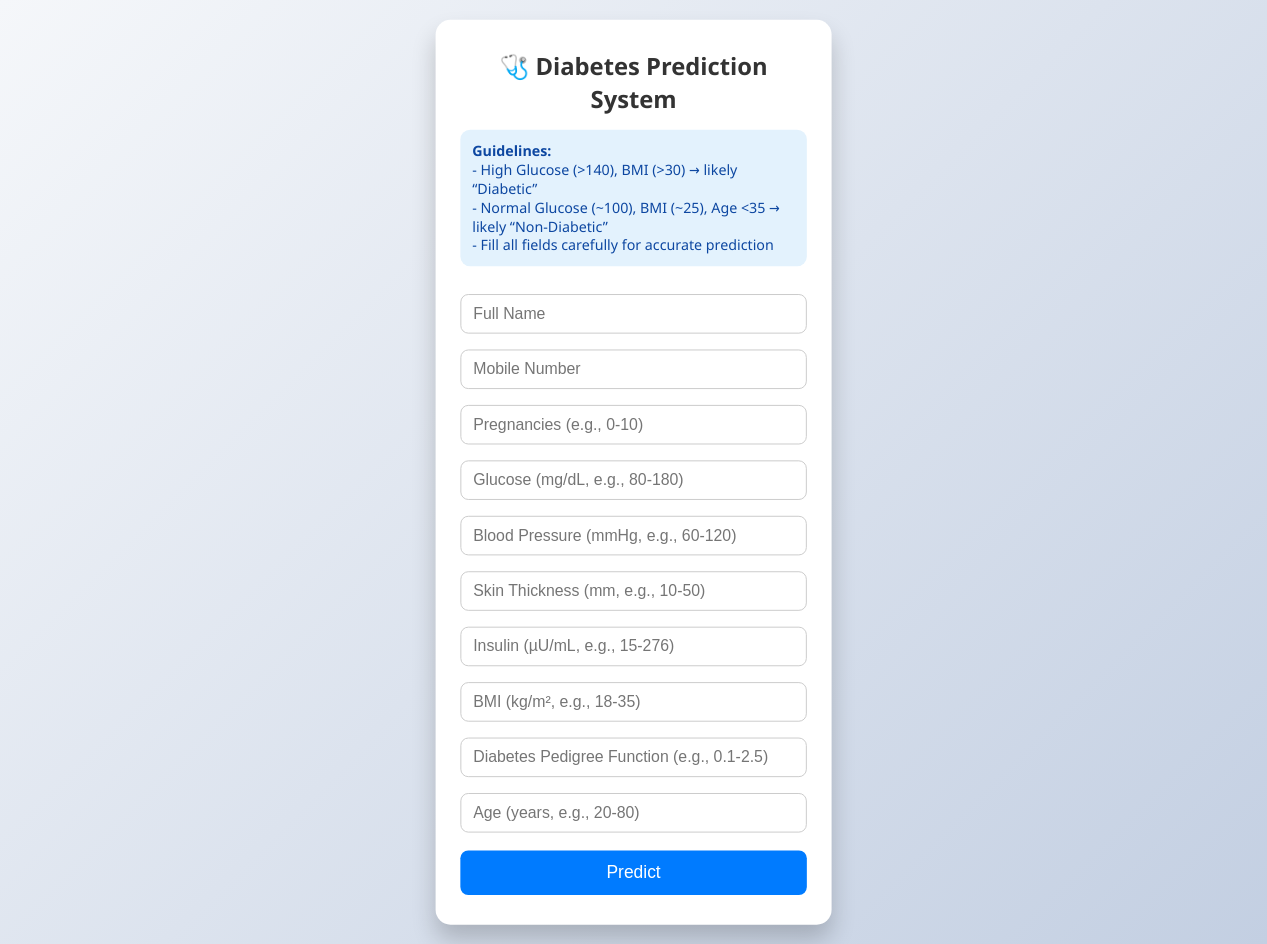
Repository: Aman14150/diabetes-prediction-system
Page: http://localhost/
These files come from the project's save history. The page is drawn as it stood at one moment and after the next save; the edit follows.
The browser window is 1280 px wide. The pictures show the whole page, at 99% of full size.
The page is served by the project's application, run on Flask 3 (app.py).

Above is the page before, as saved 2025-10-07 18:13:30.

### templates/index.html
<!DOCTYPE html>
<html lang="en">

<head>
    <meta charset="UTF-8">
    <title>Diabetes Prediction</title>
    <style>
        /* Reset & basic styles */
        * {
            box-sizing: border-box;
            margin: 0;
            padding: 0;
        }

        body {
            font-family: 'Segoe UI', Tahoma, Geneva, Verdana, sans-serif;
            background: linear-gradient(135deg, #f5f7fa, #c3cfe2);
            min-height: 100vh;
            display: flex;
            justify-content: center;
            align-items: center;
            padding: 20px;
        }

        /* Card container */
        .card {
            background: #ffffff;
            padding: 30px 25px;
            border-radius: 15px;
            width: 100%;
            max-width: 400px;
            box-shadow: 0 15px 25px rgba(0, 0, 0, 0.2);
            text-align: center;
        }

        h2 {
            color: #333;
            margin-bottom: 15px;
        }

        /* Guidelines box */
        .guidelines {
            background-color: #e3f2fd;
            color: #0d47a1;
            font-size: 0.9rem;
            padding: 12px;
            border-radius: 10px;
            margin-bottom: 20px;
            text-align: left;
        }

        input {
            width: 100%;
            padding: 10px 12px;
            margin: 8px 0;
            border-radius: 8px;
            border: 1px solid #ccc;
            font-size: 1rem;
        }

        input:focus {
            outline: none;
            border-color: #007BFF;
            box-shadow: 0 0 5px rgba(0, 123, 255, 0.5);
        }

        button {
            width: 100%;
            padding: 12px;
            background-color: #007BFF;
            color: white;
            border: none;
            font-size: 1.1rem;
            border-radius: 8px;
            cursor: pointer;
            margin-top: 10px;
            transition: background-color 0.3s ease;
        }

        button:hover {
            background-color: #0056b3;
        }

        /* Prediction output */
        .prediction {
            margin-top: 20px;
            font-size: 1.1rem;
            font-weight: bold;
            color: #007BFF;
        }

        /* Responsive */
        @media (max-width: 450px) {
            .card {
                padding: 20px;
            }

            input {
                font-size: 0.95rem;
            }

            button {
                font-size: 1rem;
            }
        }
    </style>
</head>

<body>
    <div class="card">
        <h2>🩺 Diabetes Prediction System</h2>

        <div class="guidelines">
            <strong>Guidelines:</strong><br>
            - High Glucose (>140), BMI (>30) → likely “Diabetic”<br>
            - Normal Glucose (~100), BMI (~25), Age <35 → likely “Non-Diabetic”<br>
            - Fill all fields carefully for accurate prediction
        </div>

        <form action="/predict" method="post">
            <input type="text" name="name" placeholder="Full Name" required>
            <input type="tel" name="mobile" placeholder="Mobile Number" required>
            <input type="number" name="Pregnancies" placeholder="Pregnancies (e.g., 0-10)" step="any" required>
            <input type="number" name="Glucose" placeholder="Glucose (mg/dL, e.g., 80-180)" step="any" required>
            <input type="number" name="BloodPressure" placeholder="Blood Pressure (mmHg, e.g., 60-120)" step="any" required>
            <input type="number" name="SkinThickness" placeholder="Skin Thickness (mm, e.g., 10-50)" step="any" required>
            <input type="number" name="Insulin" placeholder="Insulin (µU/mL, e.g., 15-276)" step="any" required>
            <input type="number" name="BMI" placeholder="BMI (kg/m², e.g., 18-35)" step="any" required>
            <input type="number" name="DiabetesPedigreeFunction" placeholder="Diabetes Pedigree Function (e.g., 0.1-2.5)" step="any" required>
            <input type="number" name="Age" placeholder="Age (years, e.g., 20-80)" step="any" required>

            <button type="submit">Predict</button>
        </form>

        {% if prediction_text %}
        <div class="prediction">{{ prediction_text }}</div>
        {% endif %}
    </div>
</body>

</html>

### app.py
from flask import Flask, render_template, request
import joblib
import numpy as np
import pandas as pd
import mysql.connector

app = Flask(__name__)

import mysql.connector

db = mysql.connector.connect(
    host="127.0.0.1",
    port=3307,
    user="amanR",
    password="Mysql@150",
    database="diabetes_db"
)
cursor = db.cursor()

print("Connected successfully ✅")


# Load trained model & scaler
model = joblib.load("diabetes_model.pkl")
scaler = joblib.load("scaler.pkl")

@app.route('/')
def home():
    return render_template('index.html')

@app.route('/predict', methods=['POST'])
def predict():
    try:
        # Personal info
        name = request.form['name']
        mobile = request.form['mobile']

        # Health data
        data = [float(request.form[key]) for key in [
            "Pregnancies","Glucose","BloodPressure","SkinThickness",
            "Insulin","BMI","DiabetesPedigreeFunction","Age"
        ]]
        input_df = pd.DataFrame([data], columns=[
            "Pregnancies","Glucose","BloodPressure","SkinThickness",
            "Insulin","BMI","DiabetesPedigreeFunction","Age"
        ])
        scaled_input = scaler.transform(input_df)
        prediction = model.predict(scaled_input)[0]

        result = "Diabetic" if prediction == 1 else "Non-Diabetic"

        # Save to MySQL
        sql = """INSERT INTO patients
                 (name, mobile, pregnancies, glucose, blood_pressure, skin_thickness, insulin, bmi, dpf, age, prediction)
                 VALUES (%s,%s,%s,%s,%s,%s,%s,%s,%s,%s,%s)"""
        cursor.execute(sql, (name, mobile, *data, result))
        db.commit()

        return render_template('index.html', prediction_text=f"Prediction: 🩺 {result}")

    except Exception as e:
        return render_template('index.html', prediction_text=f"Error: {str(e)}")

if __name__ == '__main__':
    app.run(debug=True)

After the next save:
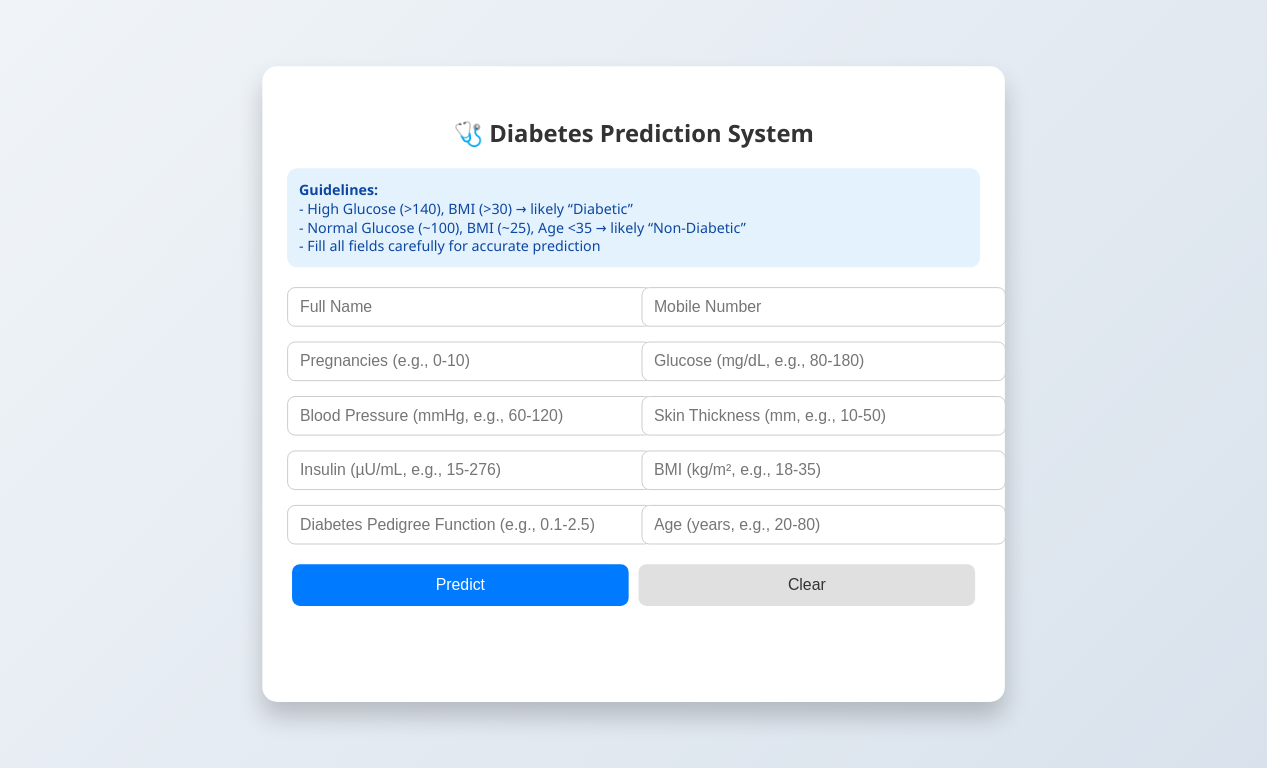
Saved 3 min 36 s later.
--- a/templates/index.html
+++ b/templates/index.html
@@ -5,16 +5,9 @@
     <meta charset="UTF-8">
     <title>Diabetes Prediction</title>
     <style>
-        /* Reset & basic styles */
-        * {
-            box-sizing: border-box;
-            margin: 0;
-            padding: 0;
-        }
-
         body {
             font-family: 'Segoe UI', Tahoma, Geneva, Verdana, sans-serif;
-            background: linear-gradient(135deg, #f5f7fa, #c3cfe2);
+            background: linear-gradient(135deg, #f0f4f8, #d9e2ec);
             min-height: 100vh;
             display: flex;
             justify-content: center;
@@ -22,23 +15,21 @@
             padding: 20px;
         }
 
-        /* Card container */
         .card {
             background: #ffffff;
             padding: 30px 25px;
             border-radius: 15px;
             width: 100%;
-            max-width: 400px;
+            max-width: 700px;
             box-shadow: 0 15px 25px rgba(0, 0, 0, 0.2);
-            text-align: center;
         }
 
         h2 {
+            text-align: center;
             color: #333;
-            margin-bottom: 15px;
+            margin-bottom: 20px;
         }
 
-        /* Guidelines box */
         .guidelines {
             background-color: #e3f2fd;
             color: #0d47a1;
@@ -49,10 +40,15 @@
             text-align: left;
         }
 
+        form {
+            display: grid;
+            grid-template-columns: 1fr 1fr;
+            gap: 15px;
+        }
+
         input {
             width: 100%;
             padding: 10px 12px;
-            margin: 8px 0;
             border-radius: 8px;
             border: 1px solid #ccc;
             font-size: 1rem;
@@ -64,43 +60,61 @@
             box-shadow: 0 0 5px rgba(0, 123, 255, 0.5);
         }
 
+        .button-group {
+            grid-column: span 2;
+            display: flex;
+            justify-content: space-between;
+        }
+
         button {
-            width: 100%;
             padding: 12px;
-            background-color: #007BFF;
-            color: white;
+            font-size: 1rem;
+            border-radius: 8px;
             border: none;
-            font-size: 1.1rem;
-            border-radius: 8px;
             cursor: pointer;
-            margin-top: 10px;
+            flex: 1;
+            margin: 5px;
             transition: background-color 0.3s ease;
         }
 
-        button:hover {
+        #predictBtn {
+            background-color: #007BFF;
+            color: white;
+        }
+
+        #predictBtn:hover {
             background-color: #0056b3;
         }
 
-        /* Prediction output */
+        #clearBtn {
+            background-color: #e0e0e0;
+            color: #333;
+        }
+
+        #clearBtn:hover {
+            background-color: #bdbdbd;
+        }
+
         .prediction {
+            grid-column: span 2;
+            text-align: center;
             margin-top: 20px;
-            font-size: 1.1rem;
+            font-size: 1.2rem;
             font-weight: bold;
             color: #007BFF;
         }
 
-        /* Responsive */
-        @media (max-width: 450px) {
-            .card {
-                padding: 20px;
+        @media(max-width: 600px) {
+            form {
+                grid-template-columns: 1fr;
             }
 
-            input {
-                font-size: 0.95rem;
+            .button-group {
+                flex-direction: column;
             }
 
             button {
-                font-size: 1rem;
+                margin: 5px 0;
             }
         }
     </style>
@@ -117,7 +131,7 @@
             - Fill all fields carefully for accurate prediction
         </div>
 
-        <form action="/predict" method="post">
+        <form id="diabetesForm" action="/predict" method="post">
             <input type="text" name="name" placeholder="Full Name" required>
             <input type="tel" name="mobile" placeholder="Mobile Number" required>
             <input type="number" name="Pregnancies" placeholder="Pregnancies (e.g., 0-10)" step="any" required>
@@ -129,13 +143,25 @@
             <input type="number" name="DiabetesPedigreeFunction" placeholder="Diabetes Pedigree Function (e.g., 0.1-2.5)" step="any" required>
             <input type="number" name="Age" placeholder="Age (years, e.g., 20-80)" step="any" required>
 
-            <button type="submit">Predict</button>
+            <div class="button-group">
+                <button type="submit" id="predictBtn">Predict</button>
+                <button type="button" id="clearBtn">Clear</button>
+            </div>
+
+            {% if prediction_text %}
+            <div class="prediction">{{ prediction_text }}</div>
+            {% else %}
+            <div class="prediction">&nbsp;</div> <!-- Blank initially -->
+            {% endif %}
         </form>
+    </div>
 
-        {% if prediction_text %}
-        <div class="prediction">{{ prediction_text }}</div>
-        {% endif %}
-    </div>
+    <script>
+        // Clear button functionality
+        document.getElementById('clearBtn').addEventListener('click', function () {
+            document.getElementById('diabetesForm').reset();
+        });
+    </script>
 </body>
 
 </html>
